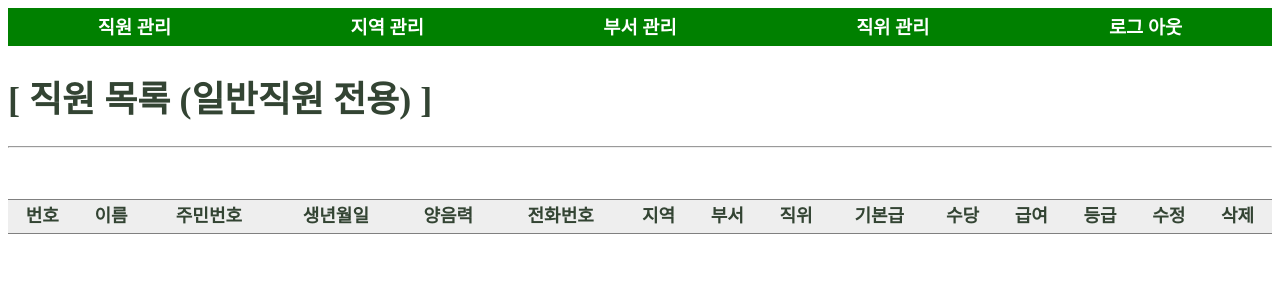
Repository: youngsik0405/SpringMVC
Page: http://localhost/mvc04/WEB-INF/view/EmpList.jsp
An editor plug-in stored every save of this project. The page is shown before and after the next save, followed by the edit.
The browser window is 1280 px wide. The pictures show the whole page.
The page is served by Tomcat 9. Nobody is signed in. The template is opened directly, without the code that normally fills it, so the values that code supplies are empty.

Above is the page before, as saved 2025-02-24 03:41:55.

### mvc04/WebContent/WEB-INF/view/EmpList.jsp
<%@ page contentType="text/html; charset=UTF-8"%>
<%@ taglib prefix="c" uri="http://java.sun.com/jsp/jstl/core"%>
<%@ taglib prefix="fmt" uri="http://java.sun.com/jsp/jstl/fmt"%>
<%
	request.setCharacterEncoding("UTF-8");
	String cp = request.getContextPath();
%>
<!DOCTYPE html>
<html>
<head>
<meta charset="UTF-8">
<title>EmpList.jsp</title>
<link rel="stylesheet" type="text/css" href="<%=cp %>/css/main.css">

<script type="text/javascript" src="http://code.jquery.com/jquery.min.js"></script>
<script type="text/javascript">

	$(function()
	{
		// 확인
		//alert("확인");

		// 수정 버튼 클릭 시 액션 처리
		$(".updateBtn").click(function()
		{
			// 확인
			//alert("수정 버튼 클릭~!!!");

			// 수정 폼 페이지 요청
			//-- 요청하며 employeeId 넘겨주기
			$(location).attr("href", "employeeupdateform.action?employeeId=" + $(this).val());
			// → loaction.href=".....";

		});

		// 삭제 버튼 클릭 시 액션 처리
		$(".deleteBtn").click(function()
		{
			// 확인
			//alert("삭제 버튼 클릭~!!!");

			if (confirm("현재 선택한 데이터를 정말 삭제하시겠습니까?"))
			{
				$(location).attr("href", "employeedelete.action?employeeId=" +$(this).val());
				// → loaction.href=".....";
			}
		});

	});

</script>


</head>
<body>

<!----------------------------------------------
  #15. EmployeeList.jsp
  - 직원 리스트 출력 페이지
  - 관리자가 접슨하는 직원 데이터 출력 페이지
    → 관리 기능 포함
    → 일반 직원이 접근하는 직원 데이터 출력 페이지는
       EmpList.jsp 로 구성할 예정
------------------------------------------------>

<div>
	<!-- 메뉴 영역 -->
	<div>
		<c:import url="EmployeeMenu.jsp"></c:import>
	</div>

	<!-- 콘텐츠 영역 -->
	<div id="content">
		<h1>[ 직원 목록 (일반직원 전용) ]</h1>
		<hr>


		<!-- 직원 추가 div 제거~!!! -->
		<br><br>

		<!-------------------------------------------------------
		EMPLOYEEID NAME SSN BIRTHDAY LUNAR LUNARNAME TELEPHONE
		DEPARTMENTID DEPARTMENTNAME POSITIONID POSITIONNAME
		REGIONID REGIONNAME BASICPAY EXTRAPAY PAY GRADE
		---------------------------------------------------------->
		<table id="customers" class="table">
			<tr>
				<!-- 항목 13EA -->
				<th>번호</th>
				<th>이름</th>
				<th>주민번호</th>
				<th>생년월일</th>
				<th>양음력</th>
				<th>전화번호</th>
				<th>지역</th>
				<th>부서</th>
				<th>직위</th>
				<th>기본급</th>
				<th>수당</th>
				<th>급여</th>
				<th>등급</th>

				<!-- 기능 2EA -->
				<th>수정</th>
				<th>삭제</th>
			</tr>
			<!--
			<tr>
				<td>1</td>
				<td>박세진</td>
				<td>720527</td>
				<td>1972-05-27</td>
				<td>양력</td>
				<td>010-9876-5432</td>
				<td>서울</td>
				<td>개발부</td>
				<td>사원</td>
				<td>1,500,000</td>
				<td>1,000,000</td>
				<td>2,500,000</td>
				<td>관리자</td>

				<td><button type="button" class="btn">수정</button></td>
				<td><button type="button" class="btn">삭제</button></td>
			</tr>
			<tr>
				<td>2</td>
				<td>김민승</td>
				<td>801212</td>
				<td>1980-12-12</td>
				<td>양력</td>
				<td>010-6654-5432</td>
				<td>경기</td>
				<td>인사부</td>
				<td>사원</td>
				<td>1,500,000</td>
				<td>1,000,000</td>
				<td>2,500,000</td>
				<td>일반사원</td>

				<td><button type="button" class="btn">수정</button></td>
				<td><button type="button" class="btn">삭제</button></td>
			</tr>

			<tr>
				<td>3</td>
				<td>안석창</td>
				<td>990220</td>
				<td>1999-02-20</td>
				<td>음력</td>
				<td>010-1123-3344</td>
				<td>대전</td>
				<td>영업부</td>
				<td>사원</td>
				<td>2,500,000</td>
				<td>1,000,000</td>
				<td>3,500,000</td>
				<td>일반사원</td>

				<td><button type="button" class="btn">수정</button></td>
				<td><button type="button" class="btn">삭제</button></td>
			</tr>
			-->
			<c:forEach var="employee" items="${employeeList }">
			<tr>
				<td>${employee.employeeId }</td>
				<td>${employee.name }</td>
				<td>${employee.ssn }-*******</td>
				<td>${employee.birthday }</td>
				<td>${employee.lunarName }</td>
				<td>${employee.telephone }</td>
				<td>${employee.regionName }</td>
				<td>${employee.departmentName }</td>
				<td>${employee.positionName }</td>

				<%-- <td>${employee.basicPay }</td> --%>
				<td>
					<fmt:formatNumber value="${employee.basicPay }" groupingUsed="true"></fmt:formatNumber>
				</td>

				<%-- <td>${employee.extraPay }</td> --%>
				<td>
					<fmt:formatNumber value="${employee.extraPay }" groupingUsed="true"></fmt:formatNumber>
				</td>

				<%-- <td>${employee.pay }</td> --%>
				<td>
					<fmt:formatNumber value="${employee.pay }" groupingUsed="true"></fmt:formatNumber>
				</td>


				<td>${employee.grade==0 ? "관리자" : "일반사원" }</td>

				<td>
					<button type="button" class="btn updateBtn"
					value="${employee.employeeId }">수정</button>
				</td>
				<td>
					<button type="button" class="btn deleteBtn"
					value="${employee.employeeId }">삭제</button>
				</td>
			</tr>
			</c:forEach>


		</table>
	</div>

	<!-- 회사 소개 및 어플리케이션 소개 영역 -->
	<div id="footer">
	</div>

</div>


</body>
</html>

### mvc04/WebContent/WEB-INF/view/EmployeeMenu.jsp
<%@ page contentType="text/html; charset=UTF-8"%>
<%@ taglib prefix="c" uri="http://java.sun.com/jsp/jstl/core"%>
<%
	request.setCharacterEncoding("UTF-8");
	String cp = request.getContextPath();
%>
<!DOCTYPE html>
<html>
<head>
<meta charset="UTF-8">
<title>EmployeeMenu.jsp</title>
<link rel="stylesheet" type="text/css" href="<%=cp %>/css/menuStyle.css">
</head>
<body>

<!-------------------------
  #13. EmployeeMenu.jsp
  - 메인 메뉴 페이지 구성
-------------------------->

<div id="menu">
	<ul>
		<li>
			<a href="employeelist.action" class="menu">직원 관리</a>
		</li>
		<li>
			<a href="regionlist.action" class="menu">지역 관리</a>
		</li>
		<li>
			<a href="departmentlist.action" class="menu">부서 관리</a>
		</li>
		<li>
			<a href="positionlist.action" class="menu">직위 관리</a>
		</li>
		<li>
			<a href="logout.action" class="menu">로그 아웃</a>
		</li>
	</ul>
</div>

</body>
</html>

### mvc04/WebContent/css/main.css
@charset "UTF-8";

/*======================
  #16. main.css
  - 메인 스타일 구성
=======================*/

*
{
	font-family: 맑은 고딕;
	color: #334433;
}

body, p, div, span, input, table, th, td, select
{
	font-size: 18px;
}

.control
{
	border: 1px solid gray;
	border-radius: 3px;
}

.table
{
	border-collapse: collapse;
	width: 100%;
}

.table th, .table td
{
	border: 1px solid gray;
	border-left: 0px;
	border-right: 0px;
	padding: 3px;
	line-height: 150%;
	text-align: center;
}

.table th
{
	font-weight: bold;
	background-color: #eeeeee;
}

.table td
{
	font-size: 12pt;
}

.btn
{
	cursor : pointer;
	font-weight: bold;
}

.btn:hover
{
	color: #ffffff;
	background-color: #008000;
}

### mvc04/WebContent/css/menuStyle.css
@charset "UTF-8";


/*
  #14. menuStyle.css
  - 메뉴 스타일 구성
*/

ul
{
	list-style-type: none;
	margin: 0px;
	padding: 0px;
	overflow: hidden;
}

li
{
	width: 20%;
	float: left;
}

a.menu:link, a.menu:visited
{
	display: block;
	font-weight: bold;
	color: #ffffff;
	background-color: #008000;
	text-align: center;
	padding: 4px;
	text-decoration: none;
	text-transform: uppercase;
	height: 30px;
	font-size: 14pt;
}


a.menu:hover, a.menu:active
{
	background-color: #ffffff;
	color: #008000;
	border: 2px solid #008000;
	border-radius: 5px;
	height: 26px;	/* 30-2-2 */
}

After the next save:
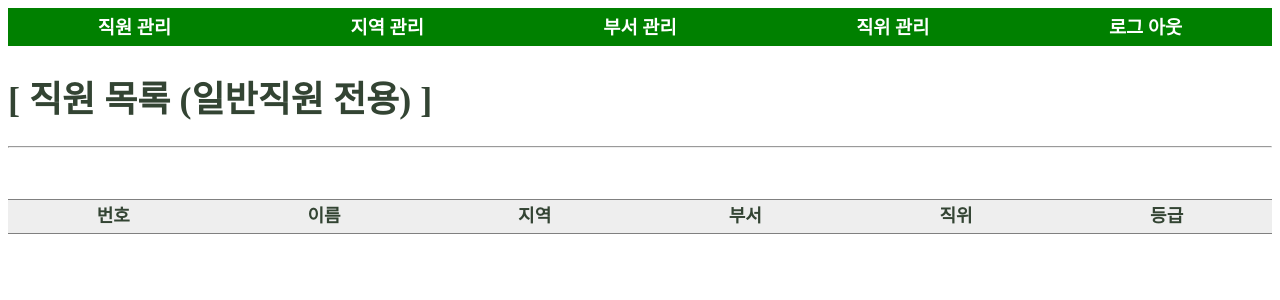
Saved 109 s later.
--- a/mvc04/WebContent/WEB-INF/view/EmpList.jsp
+++ b/mvc04/WebContent/WEB-INF/view/EmpList.jsp
@@ -78,31 +78,20 @@
 		<!-- 직원 추가 div 제거~!!! -->
 		<br><br>
 
-		<!-------------------------------------------------------
-		EMPLOYEEID NAME SSN BIRTHDAY LUNAR LUNARNAME TELEPHONE
-		DEPARTMENTID DEPARTMENTNAME POSITIONID POSITIONNAME
-		REGIONID REGIONNAME BASICPAY EXTRAPAY PAY GRADE
-		---------------------------------------------------------->
+		<!-------------------------------------------------------------
+		EMPLOYEEID NAME DEPARTMENTNAME POSITIONNAME REGIONNAME GRADE
+		--------------------------------------------------------------->
 		<table id="customers" class="table">
 			<tr>
 				<!-- 항목 13EA -->
 				<th>번호</th>
 				<th>이름</th>
-				<th>주민번호</th>
-				<th>생년월일</th>
-				<th>양음력</th>
-				<th>전화번호</th>
 				<th>지역</th>
 				<th>부서</th>
 				<th>직위</th>
-				<th>기본급</th>
-				<th>수당</th>
-				<th>급여</th>
 				<th>등급</th>
 
-				<!-- 기능 2EA -->
-				<th>수정</th>
-				<th>삭제</th>
+				<!-- 관리 기능 삭제 → 열람만 가능하도록 구성 -->
 			</tr>
 			<!--
 			<tr>
